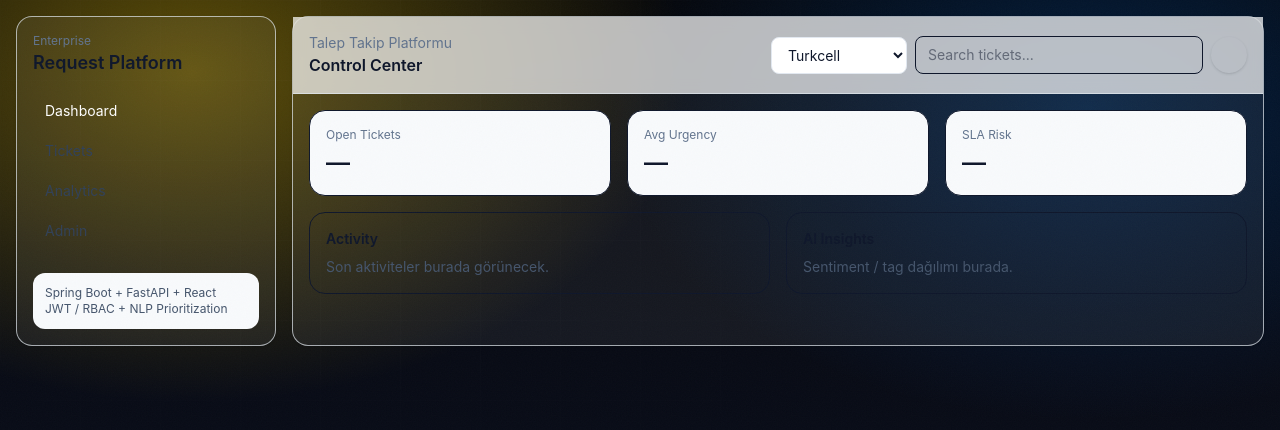
Repository: Salihapeker/enterprise-ai-ticket-system
Page: / (app in Desktop/enterprise-ai-ticket-system/frontend/)
An editor plug-in stored every save of this project. The page is shown before and after the next save, followed by the edit.
The browser window is 1280 px wide. The pictures show the whole page.
The project was rebuilt for these pictures with package versions that can differ from the ones it lists, and the page was loaded fresh each time. Also part of the build but not shown: Desktop/enterprise-ai-ticket-system/frontend/vite.config.ts, Desktop/enterprise-ai-ticket-system/frontend/src/services/tickets.ts, Desktop/enterprise-ai-ticket-system/frontend/src/pages/TicketsPage.tsx, Desktop/enterprise-ai-ticket-system/frontend/src/pages/AnalyticsPage.tsx, Desktop/enterprise-ai-ticket-system/frontend/src/pages/AdminPage.tsx.

Above is the page before, as saved 2026-03-16 02:34:51.

### Desktop/enterprise-ai-ticket-system/frontend/src/main.tsx
import { StrictMode } from "react";
import { createRoot } from "react-dom/client";
import "./index.css";
import App from "./App.tsx";
import ThemeProvider from "./theme/ThemeProvider";

createRoot(document.getElementById("root")!).render(
  <StrictMode>
    <ThemeProvider>
      <App />
    </ThemeProvider>
  </StrictMode>,
);

### Desktop/enterprise-ai-ticket-system/frontend/src/index.css
@import "tailwindcss";

:root {
  --glow: #ffd100;
  --glow2: #0057b8;
  --bg: #05060a;
  --bg2: #0b1020;
  --card: rgba(255, 255, 255, 0.06);
  --card2: rgba(255, 255, 255, 0.1);
  --text: #eaf0ff;
  --muted: rgba(234, 240, 255, 0.7);
  --stroke: rgba(255, 255, 255, 0.1);
}

html,
body,
#root {
  height: 100%;
}

body {
  margin: 0;
  color: var(--text);
  font-family:
    Inter,
    ui-sans-serif,
    system-ui,
    -apple-system,
    "Segoe UI",
    Roboto,
    Arial,
    "Noto Sans";
  background:
    radial-gradient(
      900px 600px at 15% 10%,
      color-mix(in oklab, var(--glow) 35%, transparent),
      transparent 55%
    ),
    radial-gradient(
      800px 520px at 85% 15%,
      color-mix(in oklab, var(--glow2) 30%, transparent),
      transparent 60%
    ),
    linear-gradient(180deg, var(--bg), var(--bg2));
}

/* subtle grid overlay */
body::before {
  content: "";
  position: fixed;
  inset: 0;
  pointer-events: none;
  opacity: 0.18;
  background-image:
    linear-gradient(to right, rgba(255, 255, 255, 0.08) 1px, transparent 1px),
    linear-gradient(to bottom, rgba(255, 255, 255, 0.08) 1px, transparent 1px);
  background-size: 80px 80px;
  mask-image: radial-gradient(circle at 30% 10%, black 0%, transparent 60%);
}

/* tiny noise */
body::after {
  content: "";
  position: fixed;
  inset: 0;
  pointer-events: none;
  opacity: 0.06;
  background-image: url("data:[embedded picture, 293 characters]");
}

### Desktop/enterprise-ai-ticket-system/frontend/src/App.tsx
import { BrowserRouter, Route, Routes } from "react-router-dom";
import AppShell from "./components/layouts/AppShell";
import DashboardPage from "./pages/DashboardPage";
import TicketsPage from "./pages/TicketsPage";
import AnalyticsPage from "./pages/AnalyticsPage";
import AdminPage from "./pages/AdminPage";

export default function App() {
  return (
    <BrowserRouter>
      <Routes>
        <Route element={<AppShell />}>
          <Route path="/" element={<DashboardPage />} />
          <Route path="/tickets" element={<TicketsPage />} />
          <Route path="/analytics" element={<AnalyticsPage />} />
          <Route path="/admin" element={<AdminPage />} />
        </Route>
      </Routes>
    </BrowserRouter>
  );
}

### Desktop/enterprise-ai-ticket-system/frontend/src/theme/ThemeProvider.tsx
import React, { createContext, useEffect, useMemo, useState } from "react";
import { getTheme, type ThemeId, THEMES } from "./themes";

type ThemeCtx = {
  themeId: ThemeId;
  setThemeId: (id: ThemeId) => void;
};

export const ThemeContext = createContext<ThemeCtx | null>(null);

const KEY = "enterprise-theme";

export default function ThemeProvider({
  children,
}: {
  children: React.ReactNode;
}) {
  const [themeId, setThemeIdState] = useState<ThemeId>(() => {
    const saved = localStorage.getItem(KEY) as ThemeId | null;
    return saved ?? "turkcell";
  });

  const value = useMemo(
    () => ({
      themeId,
      setThemeId: (id: ThemeId) => {
        setThemeIdState(id);
        localStorage.setItem(KEY, id);
      },
    }),
    [themeId],
  );

  useEffect(() => {
    const theme = getTheme(themeId);
    const root = document.documentElement;
    for (const [k, v] of Object.entries(theme.vars))
      root.style.setProperty(k, v);
    // helpful attribute (for debugging)
    root.setAttribute("data-theme", theme.id);
  }, [themeId]);

  return (
    <ThemeContext.Provider value={value}>{children}</ThemeContext.Provider>
  );
}

export { THEMES };

### Desktop/enterprise-ai-ticket-system/frontend/src/components/layouts/AppShell.tsx
import { NavLink, Outlet } from "react-router-dom";
import { useTheme } from "../../hooks/useTheme";
import { THEMES } from "../../theme/themes";
import type { ThemeId } from "../../theme/themes";

const navLinkClass = ({ isActive }: { isActive: boolean }) =>
  [
    "flex items-center gap-2 rounded-lg px-3 py-2 text-sm transition",
    isActive
      ? "bg-[var(--brand-2)] text-white"
      : "text-slate-700 hover:bg-slate-100",
  ].join(" ");

export default function AppShell() {
  const { themeId, setThemeId } = useTheme();

  return (
    <div className="min-h-screen text-slate-900">
      <div className="w-full p-4">
        <div className="grid grid-cols-1 gap-4 lg:grid-cols-[260px_1fr]">
          <aside className="rounded-2xl border border-slate-200/70 bg-[var(--card)] p-4 shadow-sm">
            <div className="flex items-center justify-between">
              <div>
                <div className="text-xs text-slate-500">Enterprise</div>
                <div className="text-lg font-semibold">Request Platform</div>
              </div>
            </div>

            <nav className="mt-4 grid gap-1">
              <NavLink to="/" end className={navLinkClass}>
                Dashboard
              </NavLink>
              <NavLink to="/tickets" className={navLinkClass}>
                Tickets
              </NavLink>
              <NavLink to="/analytics" className={navLinkClass}>
                Analytics
              </NavLink>
              <NavLink to="/admin" className={navLinkClass}>
                Admin
              </NavLink>
            </nav>

            <div className="mt-6 rounded-xl bg-slate-50 p-3 text-xs text-slate-600">
              Spring Boot + FastAPI + React
              <br />
              JWT / RBAC + NLP Prioritization
            </div>
          </aside>

          <main className="rounded-2xl border border-slate-200/70 bg-[var(--card)] shadow-sm">
            <header className="sticky top-0 z-10 flex items-center justify-between border-b border-slate-200/70 bg-white/70 p-4 backdrop-blur">
              <div>
                <div className="text-sm text-slate-500">
                  Talep Takip Platformu
                </div>
                <div className="text-base font-semibold">Control Center</div>
              </div>

              <div className="flex items-center gap-2">
                <select
                  value={themeId}
                  onChange={(e) => setThemeId(e.target.value as ThemeId)}
                  className="rounded-lg border border-slate-200 bg-white px-3 py-2 text-sm outline-none focus:ring-2 focus:ring-slate-300"
                  title="Theme"
                >
                  {THEMES.map((t) => (
                    <option key={t.id} value={t.id}>
                      {t.label}
                    </option>
                  ))}
                </select>

                <input
                  className="hidden w-72 rounded-lg border px-3 py-2 text-sm outline-none focus:ring-2 focus:ring-slate-300 md:block"
                  placeholder="Search tickets..."
                />

                <div className="h-9 w-9 rounded-full bg-gradient-to-br from-[var(--brand-2)] to-[var(--brand)] shadow-sm" />
              </div>
            </header>

            <div className="p-4">
              <Outlet />
            </div>
          </main>
        </div>
      </div>
    </div>
  );
}

### Desktop/enterprise-ai-ticket-system/frontend/src/pages/DashboardPage.tsx
export default function DashboardPage() {
  return (
    <div className="grid gap-4">
      <div className="grid grid-cols-1 gap-4 md:grid-cols-3">
        <Card title="Open Tickets" value="—" />
        <Card title="Avg Urgency" value="—" />
        <Card title="SLA Risk" value="—" />
      </div>

      <div className="grid grid-cols-1 gap-4 lg:grid-cols-2">
        <Panel title="Activity">Son aktiviteler burada görünecek.</Panel>
        <Panel title="AI Insights">Sentiment / tag dağılımı burada.</Panel>
      </div>
    </div>
  );
}

function Card({ title, value }: { title: string; value: string }) {
  return (
    <div className="rounded-2xl border bg-slate-50 p-4">
      <div className="text-xs text-slate-500">{title}</div>
      <div className="mt-1 text-2xl font-semibold">{value}</div>
    </div>
  );
}

function Panel({
  title,
  children,
}: {
  title: string;
  children: React.ReactNode;
}) {
  return (
    <div className="rounded-2xl border p-4">
      <div className="text-sm font-semibold">{title}</div>
      <div className="mt-2 text-sm text-slate-600">{children}</div>
    </div>
  );
}

### Desktop/enterprise-ai-ticket-system/frontend/src/theme/themes.ts
export type ThemeId = "turkcell" | "turktelekom" | "vodafone";

export type Theme = {
  id: ThemeId;
  label: string;
  vars: Record<string, string>;
};

export const THEMES: Theme[] = [
  {
    id: "turkcell",
    label: "Turkcell",
    vars: {
      "--glow": "#FFD100",
      "--glow2": "#0057B8",
      "--bg": "#05060a",
      "--bg2": "#0b1020",
      "--card": "rgba(255,255,255,0.06)",
      "--card2": "rgba(255,255,255,0.10)",
      "--text": "#EAF0FF",
      "--muted": "rgba(234,240,255,0.70)",
      "--stroke": "rgba(255,255,255,0.10)",
    },
  },
  {
    id: "turktelekom",
    label: "Türk Telekom",
    vars: {
      "--glow": "#00A0DF",
      "--glow2": "#001A72",
      "--bg": "#05060a",
      "--bg2": "#0b1020",
      "--card": "rgba(255,255,255,0.06)",
      "--card2": "rgba(255,255,255,0.10)",
      "--text": "#EAF0FF",
      "--muted": "rgba(234,240,255,0.70)",
      "--stroke": "rgba(255,255,255,0.10)",
    },
  },
  {
    id: "vodafone",
    label: "Vodafone",
    vars: {
      "--glow": "#E60000",
      "--glow2": "#FF4D4D",
      "--bg": "#05060a",
      "--bg2": "#0b1020",
      "--card": "rgba(255,255,255,0.06)",
      "--card2": "rgba(255,255,255,0.10)",
      "--text": "#FFF1F1",
      "--muted": "rgba(255,241,241,0.70)",
      "--stroke": "rgba(255,255,255,0.10)",
    },
  },
];

export function getTheme(id: ThemeId): Theme {
  return THEMES.find((x) => x.id === id) ?? THEMES[0];
}

### Desktop/enterprise-ai-ticket-system/frontend/src/hooks/useTheme.ts
import { useContext } from "react";
import { ThemeContext } from "../theme/ThemeProvider";

export function useTheme() {
  const ctx = useContext(ThemeContext);
  if (!ctx) throw new Error("useTheme must be used within ThemeProvider");
  return ctx;
}

After the next save:
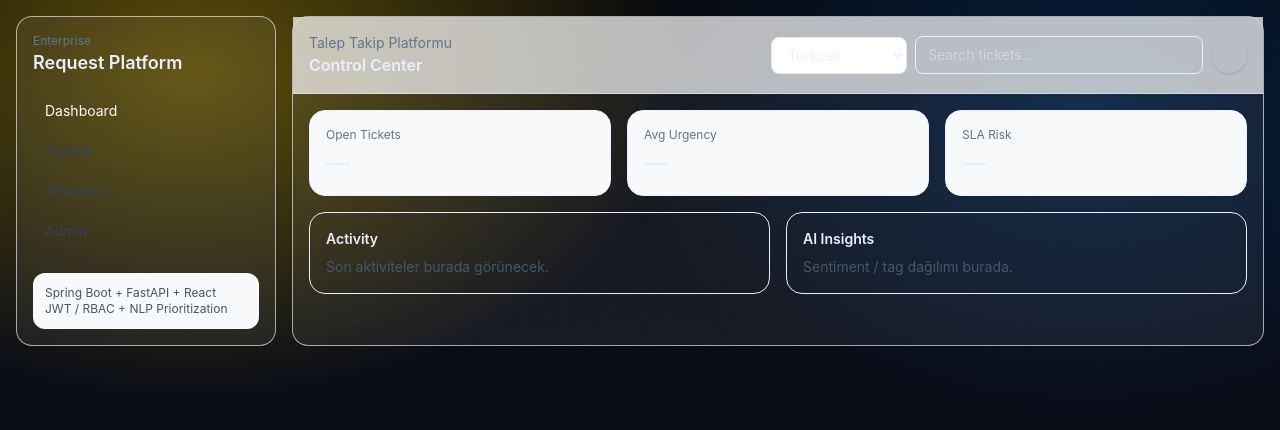
Saved 2 min 17 s later.
--- a/Desktop/enterprise-ai-ticket-system/frontend/src/components/layouts/AppShell.tsx
+++ b/Desktop/enterprise-ai-ticket-system/frontend/src/components/layouts/AppShell.tsx
@@ -15,7 +15,7 @@ export default function AppShell() {
   const { themeId, setThemeId } = useTheme();
 
   return (
-    <div className="min-h-screen text-slate-900">
+    <div className="min-h-screen text-[var(--text)]">
       <div className="w-full p-4">
         <div className="grid grid-cols-1 gap-4 lg:grid-cols-[260px_1fr]">
           <aside className="rounded-2xl border border-slate-200/70 bg-[var(--card)] p-4 shadow-sm">
